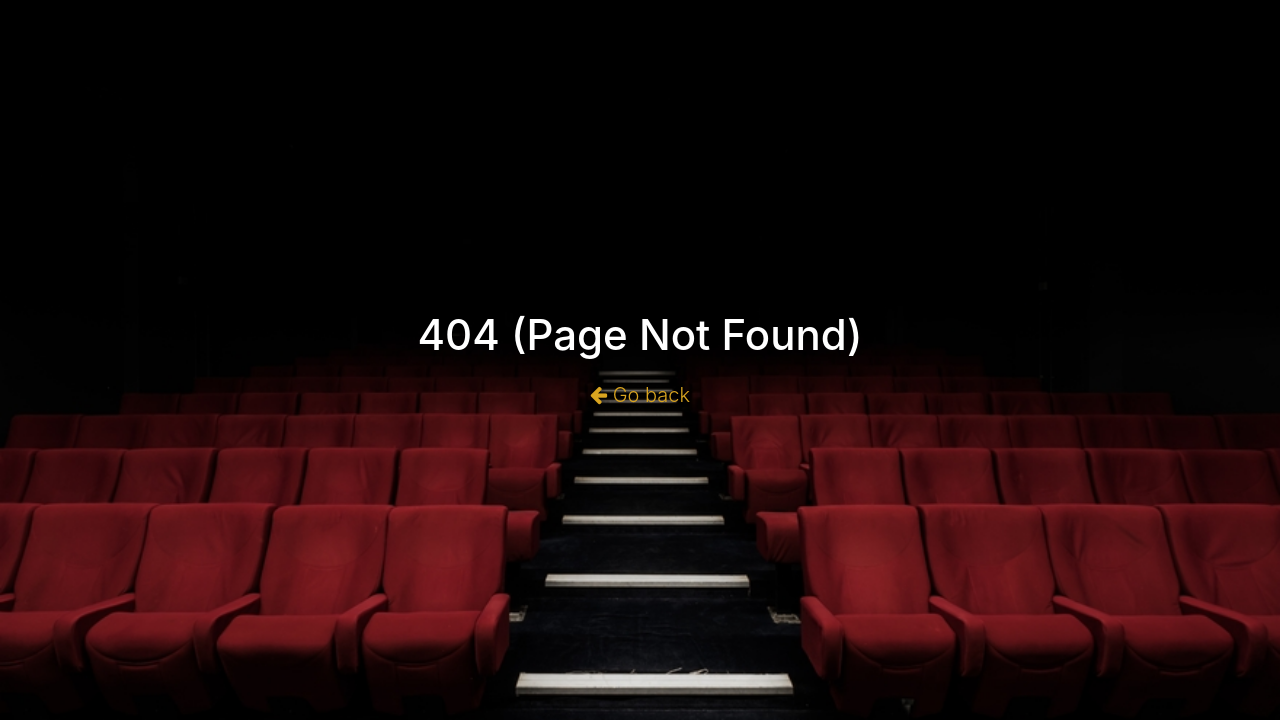
Repository: latenightsnacc/movie-db-app
Page: error.html
The author's editor kept a copy of each file at every save. The page is drawn from the files as they stood at one save, then again after the next save.
The browser window is 1280 px wide. The pictures show the whole page.
The style sheet was rebuilt from its Sass, Less or Tailwind sources for each picture, by a compiler version that may differ from the author's.

Above is the page before, as saved 2020-06-19 10:35:07.

### error.html
<!DOCTYPE html>
<html lang="en">
<head>
    <meta charset="UTF-8">
    <meta name="viewport" content="width=device-width, initial-scale=1.0">
    <!--Bootstrap-->
    <link rel="stylesheet" href="bootstrap-4.4.1-dist/bootstrap-4.4.1-dist/css/bootstrap.min.css">
    <!--Font Awesome-->
    <link rel="stylesheet" href="https://stackpath.bootstrapcdn.com/font-awesome/4.7.0/css/font-awesome.min.css">
    <!--UI kit-->
    <link rel="stylesheet" href="uikit-3.4.6/css/uikit.min.css">
    <!--Custom css-->
    <link rel="stylesheet" href="Stylesheet/stylesheet.css">
    <title>Movie App</title
</head>
<body>
    <main>
        <div class="container">
            <div class="error404">
                <h1>404 (Page Not Found)</h1>
                <a href="#" class="goBack"><i class="fa fa-arrow-left"></i>  Go back </a>
            </div>

        </div>
    </main>
    <!--Scripts-->
    <script src="https://code.jquery.com/jquery-3.4.1.slim.min.js" integrity="sha384-J6qa4849blE2+poT4WnyKhv5vZF5SrPo0iEjwBvKU7imGFAV0wwj1yYfoRSJoZ+n" crossorigin="anonymous"></script>
    <script src="https://cdn.jsdelivr.net/npm/popper.js@1.16.0/dist/umd/popper.min.js" integrity="sha384-Q6E9RHvbIyZFJoft+2mJbHaEWldlvI9IOYy5n3zV9zzTtmI3UksdQRVvoxMfooAo" crossorigin="anonymous"></script>
    <script src="https://stackpath.bootstrapcdn.com/bootstrap/4.4.1/js/bootstrap.min.js" integrity="sha384-wfSDF2E50Y2D1uUdj0O3uMBJnjuUD4Ih7YwaYd1iqfktj0Uod8GCExl3Og8ifwB6" crossorigin="anonymous"></script>
    <script src="bootstrap-4.4.1-dist/bootstrap-4.4.1-dist/js/bootstrap.min.js"></script>
    <script src="uikit-3.4.6/js/uikit.min.js"></script>
</body>
</html>

### Stylesheet/stylesheet.scss
@import 'variables';
@import 'animations';
@import 'header';
@import 'hero';
@import 'menu';
@import 'cards';
@import 'footer';
@import 'login';
@import 'movieInfoCard';
@import 'movieCast';
@import 'searchBtn';
@import 'modal';
@import 'NoWatchlist';
@import 'Error404';

*{
    margin: 0;
    padding: 0;
    list-style: none;
    text-decoration: none;
    outline: none;
}

body{
    background-image: $bg-Img;
    overflow-x: hidden !important;
    min-height: 100vh;
    background-size: cover;
    background-repeat: no-repeat;
    background-position: center;
}

.main {
    width: 100vw;
}
.row {
    margin: 20px 0px;
}

### Stylesheet/_variables.scss
@import url('https://fonts.googleapis.com/css2?family=IBM+Plex+Sans:wght@300;700&display=swap');

$font: 'IBM Plex Sans', sans-serif;
$bg-Img: url("/bg.jpg");
$transparent-bg: rgba(black, 0.5);
$dark: black;
$light: #fff;
$silver: #867c7c;
$golden: #DAA520;
$box-shadow: 0 5px 10px rgba($golden,0.4);
$box-shadow2: 0 2px 4px 1px rgba($golden,0.4);
$btn-shadow: 2px 20px 25px -15px rgba(0, 0, 0, 0.54);

### Stylesheet/_animations.scss
@keyframes animateOpacity {
    0% {
      opacity: 0;
    }
    100% {
      opacity: 1;
    }
  }

  @keyframes animateScale {
    0% {
      transform: scale(1.1);
    }
    100% {
      transform: scale(1);
    }
  }


  @keyframes pulse {
    from {
      transform: scale3d(1, 1, 1);
    }

    50% {
      transform: scale3d(1.05, 1.05, 1.05);
    }

    to {
      transform: scale3d(1, 1, 1);
    }
  }


  @-webkit-keyframes fadeIn {
    from {
      opacity: 0;
    }

    to {
      opacity: 1;
    }
  }

  @keyframes fadeIn {
    from {
      opacity: 0;
    }

    to {
      opacity: 1;
    }
  }

  .fadeIn {
    -webkit-animation-name: fadeIn;
    animation-name: fadeIn;
  }

  .animated {
    -webkit-animation-duration: 1s;
    animation-duration: 1s;
    -webkit-animation-fill-mode: both;
    animation-fill-mode: both;
  }

### Stylesheet/header.scss
@import 'variables';

.header {
    .nav{
        width: 100%;
        background-color: $dark;
        display: flex;
        align-items: center;
        justify-content: space-between;
        padding: 20px 0px;

        .navbar-items {
            display: flex;

            a.item{
                display: flex;
                align-items: center;
                margin-left: 12px;
                color: $golden;
                text-transform: uppercase;

                span.nav-icon{
                    color: $light;

                    .fa {
                        color: $light;
                        height: 40px;
                        width: 40px;
                        display: flex;
                        justify-content: center;
                        align-items: center;
                        border: 1px solid $light;
                        border-radius: 50%;
                    }
                }
                span.menu-text {
                    color: $golden !important;
                    padding-left: 10px;
                }

                &:hover{
                    text-decoration: none !important;
                    span.nav-icon{
                        color: $golden;

                        .fa{
                            color: golden;
                        }
                    }
                }

            }
            a.item.active {
                span.nav-icon{
                    color: $golden !important;

                    .fa{
                        color:$golden !important;
                    }
                }
            }
        }
    }

}

@media screen and (max-width: 600px){
    .header {
        .nav{
            justify-content: space-between;
            padding: 20px 0px;

            .navbar-items {
                display: flex;

                a.item{
                    display: flex;
                    align-items: center;
                    margin-left: 12px;
                    color: $golden !important;

                    span.nav-icon{
                        color: $golden;
                        .fa {
                            color: $golden !important;
                            height: 40px;
                            width: 40px;
                            display: flex;
                            justify-content: center;
                            align-items: center;
                            border: 1px solid $light;
                            border-radius: 50%;
                        }

                        &:hover {
                            transform: scale(1.2);
                            .fa {
                                border: 1px solid $golden;
                            }
                        }
                    }
                    span.menu-text {
                        display: none;
                    }

                }
            }
        }

    }
}

### Stylesheet/hero.scss
@import 'variables';

.hero-slide {
    position: relative;

    .uk-slideshow-items{
        position: relative;

            img {
                filter: brightness(80%) !important;
                height: 100%;
                width: 100%;
                position: absolute;
                top: 0;
                left: 0;
                background-position: center;
            }

            .img-overlay{
                height: 100%;
                width: 100%;
                position: absolute;
                top: 0;
                left: 0;
                z-index: 999;
            }

    }

    .uk-slideshow-items:after {
        position: absolute;
        content:"";
        height:100%;
        width:100%;
        top:0;
        left:0;
        background: linear-gradient(to bottom, rgba(0,0,0,0.5) 10%,rgba(0, 0, 0, 1) 90%);
    }

    .movie-features {
        position: absolute;
        top: 40%;
        left: 10%;

        .title {
            color: $light;
            font-weight: 700;
            font-family: $font;
            font-size: 80px;
            line-height: 100px;
        }
        dd {
            color: $light;
            line-height: 20px;
            font-family: $font;
            font-weight: 300;

        }
        .stars {
            *{
                color: $golden;
                font-size: 50px;
                line-height: 60px;
                text-shadow: $box-shadow;
            }
        }
        .category {
            color: $light;
            line-height: 20px;
            padding: 5px 0px;
        }
    }

}

@media screen and (max-width:730px){

    .movie-features {
        top: 25% !important;
        left: 10%;

        .title {

            font-size: 50px;
            line-height: 70px;
        }
        dd {
            line-height: 16px;
            padding: 5px 7px;
        }
        .stars {
            *{
                color: $golden;
                font-size: 40px;
                line-height: 60px;
                text-shadow: $box-shadow;
            }
        }
        .category {
            color: $light;
            line-height: 20px;
            padding: 5px 0px;
            font-size: 18px;
        }
    }

}

### Stylesheet/menu.scss
@import 'variables';

.filterMenu {
    background-color: $transparent-bg;

    .menuList {
        display: flex;
        width: 100%;
        justify-content: space-around;
        padding: 20px 0px;

        li {
            a {
                color: $light;
                font-family: $font;
                font-size: 20px;
                border: 1px solid $light;
                padding: 10px;
                border-radius: 3px;

                &:hover {
                    text-decoration: none;
                }

                &.active{
                    color: $golden;
                    border: 1px solid $golden;
                    font-weight: 500;
                }
            }

        }

    }

}

@media screen and (max-width:600px){
    .filterMenu {
        background-color: $transparent-bg;
        margin: 20px 0;

        .menuList {
            display: flex;
            width: 100%;
            justify-content: center;
            align-items: center;



            li {
                margin-right: 7px;
                a {
                    color: $light;
                    font-family: $font;
                    font-size: 12px;
                    border: 1px solid $light;
                    padding: 5px;
                    border-radius: 3px;

                    &:hover {
                        text-decoration: none;
                    }

                    &.active{
                        color: $golden;
                        border: 1px solid $golden;
                        font-weight: 500;
                    }
                }

            }

        }

    }
}

### Stylesheet/cards.scss
@import 'variables';

.card {
    background-color: $dark;
    box-shadow: $box-shadow;
    border: 1px solid $transparent-bg;
    height: auto;
    border-radius: 0px;
    width: 200px;

    .card-img{
        height: 300px;
        width: 200px;

        img{
            height: 100%;
            width: 100%;
        }
    }


    .card-content {
        // display: flex;
        // justify-content: space-between;
        width: 100%;
        // padding-top: 10px;



        .movie-content{
            position: relative;
            padding-left: 10px;
            .watchlist-btn {
                top: 10px;
                right: 10px;
                position: absolute;
                height: 40px;
                width: 40px;
                display: flex;
                justify-content: center;
                align-items: center;
                border-radius: 50%;
                padding: 5px;
                border: 1px solid $golden;
                .fa {
                    color: $light;
                }
            }
            .movie-title{
                padding-top: 15px;
                color: $light;
            }
            p{
                color: $light;
                font-size: 13px;

            }
        }

        span.card-rating {
            position: absolute;
            left: 7px;
            top: 7px;
            height: 40px;
            width: 40px;
            margin-right: 5px;
            display: flex;
            justify-content: center;
            align-items: center;
            border-radius: 50%;
            padding: 5px;
            border: 1px solid $golden;
            color: $golden;
            background-color: $dark;

        }
    }

    &:hover {
        transform: translateY();
    }
}

@media screen and (max-width:600px){

    .container.card-row {
        display: flex !important;
        flex-direction: column !important;
        align-items: center !important;
        justify-content: center !important;
        width: 100% !important;
        overflow-x: hidden !important;

        .card {
            // margin-bottom: 25px;
            margin: 10px auto;
        }
    }
}

### Stylesheet/login.scss
@import 'variables';

.form {
    height: 100vh;
    display: flex;
    align-items: center;
    justify-content: center;

    form {
        padding: 10px;
        background-color: $dark;
        box-shadow: $box-shadow;
        border: 2px solid $dark;
        border-top: 1px solid $light;
        display: flex;
        flex-direction: column;
        justify-content: center;
        height: 400px;
        width: 350px;

        .form-title {
            font-size: 20px;
            font-family: $font;
            line-height: 40px;
            text-transform: uppercase;
            color: $light;
            text-align: center;
            font-weight: 500;
        }

        .form-row {
            margin: 15px 0px;

            .form-control, .input-group-text {
                background-color: $transparent-bg;
                border: 0;
                border-bottom: 2px solid $light;
                border-radius: 0;
                color: $light;
                padding: 2px 5px;

                &:focus-within {
                    border: 0;
                    outline: none;
                    outline-color: $transparent-bg !important;
                    border-radius: 0;
                }
            }
            .input-group-text {
                color: $golden;
            }

        }
        .login {
            display: flex;
            flex-direction: column;
            align-items: center;
            justify-content: center;

            input[type="submit"]{
                background-color: $light;
                color: $dark;
                width: 100%;
                border: 2px solid $light;
                font-weight: 500;
                font-family: $font;
                padding: 2px;
                font-size: 18px;
            }
            .login-icons {
                color: $light;
                padding-top: 7px;

                a{
                    .fa {
                        padding-left: 7px;
                        color: $golden;
                    }

                    &:hover {
                        text-decoration: none;
                        transform: scale(1.1);
                    }
                }


            }

            p {
                margin-top: 0;
                padding-top: 5px;
                color: $light;
                    a{
                        color: $golden;
                        text-decoration: none;

                        &:hover {
                            text-decoration: none;
                        }
                    }
            }
        }
    }
}

### Stylesheet/movieInfoCard.scss
@import 'variables';
@import 'animations';
.movie {
    margin-top: 130px;
    background-color: rgba(0,0,0,.5);
    color: #dee2e6;
    position: relative;
    display: grid;
    grid-template:
        "image info"
        "image stat";
    justify-content: start;
    grid-template-columns: 300px 1fr;
    position: relative;

    .movie-title{
        color: $golden;
        line-height: 25px;
        margin-bottom: 0 !important;
    }

    .movie-info {
        grid-area: info;
    }
    .movie-stat {
        background-color: rgba(0,0,0,.8);
        width: 100%;
        padding: 15px;
        font-size: 1em;
        color: #adb5bd;
        grid-area: stat;
        align-self: end;
    }

    .movie-tagline {
        -webkit-animation: animateOpacity 2s ease;
        animation: animateOpacity 2s ease;
        margin-bottom: 15px;
        font-size: 1.2em;
        color: $light;
    }
    .modal {
        transform: translateY(-100vh) !important;
        opacity: 0 !important;
    }
    .movie-control{


        .movie-rating {
            position: absolute;
            top: 32%;
            right: 10%;
            height: 50px;
            width: 50px;
            border-radius: 50%;
            border: 2px solid $golden;
            display: flex;
            justify-content: center;
            align-items: center;
            padding: 2px;
            box-shadow: $box-shadow2;
        }
    }

    .btn-secondary{
        background-color: $golden !important;
        border: 2px solid $golden !important;
        outline-color: $golden !important;
        margin-bottom: 7px;

        &:focus {
            outline-color: $golden !important;
        }
    }

}



.align-items-center {
    align-items: center!important;
}
.justify-content-between {
    justify-content: space-between!important;
}
.d-flex {
    display: flex!important;
}


@media screen and (max-width: 1024px){
    .movie-rating {
        top: 26% !important;
    }
}
@media screen and (max-width: 769px){
    .movie-rating {
        top: 2% !important;
    }
}
@media screen and (max-width: 767px){
    .movie {
        display: grid;
        grid-template:
            "image"
            "info"
            "stat";
        justify-items: center;
    }
}

@media screen and (max-width: 600px){
    .movie-rating {
        top: 43% !important;
    }

    .movie-stats-text {
        display: none;
    }

}
@media screen and (max-width: 360px){
    .movie-rating {
        top: 53% !important;

    }

}
@media screen and (max-width: 320px){
    .movie-rating {
        top: 49% !important;
        right: 7% !important;
    }

}

### Stylesheet/movieCast.scss
@import 'variables';
@import 'animations';

.movie-cast{
    margin: 20px 0px;
    background-color: $dark;
    padding: 30px 0 0 30px;
    color: $light;
    h3.cast-title {
        color: $silver !important;
        text-transform: uppercase;
        font-weight: 500;
    }
}
.movie-cast-item {
    margin-bottom: 30px;
    margin-right: 30px;
    max-width: 150px;
    text-align: center;
    color: $light;
}

### Stylesheet/searchBtn.scss
@import 'variables';

body{
    position: relative;
}

#searchBtn.btn-primary {
    background-color: $dark !important;
    border: 2px solid $silver !important;
    position: fixed;
    right: 1%;
    bottom: 5%;
    height: 50px;
    width: 50px;
    border-radius: 50%;
    display: flex;
    justify-content: center;
    align-items: center;
    box-shadow: $box-shadow;
    &:hover, &:focus, &:active {
        outline-color: $golden !important;
    }

}

### Stylesheet/modal.scss
@import 'variables';

.modal-content{
    background-color: rgba($color: $dark, $alpha: 0.5) !important;
    border: 1px solid $light !important;

    .modal-header {
        border-bottom: 0px !important;

        .close, .modal-title {
            color: $light !important;
        }
    }
    .modal-footer {
        border-top:0px !important;
        padding: 5px 0px;
        .btn-secondary {
            background-color: $golden !important;
            color: $dark !important;
            border: 1px solid $golden !important;
            border-radius: 20px !important;
            outline-color: $golden !important;
            font-weight: 500;

            &:active {
                outline-color: $golden !important;
            }
        }
    }
    .input-group-text {
        background-color: rgba($color: $dark, $alpha: 0.5) !important;
        border: 0;
        border-bottom: 1px solid $light;
        border-radius: 0;
        color: $light;
        padding: 2px 5px;

        &:focus-within {
            border: 0;
            outline: none;
            outline-color: rgba($color: $dark, $alpha: 0.5) !important;
            border-radius: 0;
        }
    }
    .input-group-text {
        color: $golden;
    }
    .form-control{
        background-color: rgba($color: $dark, $alpha: 0.5) !important;
        border: 0px !important;
        border-bottom: 1px solid $light !important;
        color: $light !important;
        &::placeholder{
            color: $light !important;
        }

        &:active {
            outline-color: black !important;
        }
    }
}

### Stylesheet/NoWatchlist.scss
@import 'variables';

.card-lg {
    display: flex;
    align-items: center;
    justify-content: center;
    flex-direction: column;
    color: $light;
    font-size: 20px;
    line-height: 30px;
    padding: 20px 0px;
}

.goBtn {
    margin-top: 20px;
    background-color: $golden;
    color: $dark;
    outline: none;
    border: 1px solid $golden;
    font-size: 15px;
    padding: 10px;
    border-radius: 10px;

    &:hover {
        font-weight: 500;
    }
}

### Stylesheet/Error404.scss
@import 'variables';

.error404 {
    display: flex;
    flex-direction: column;
    height: 100vh;
    align-items: center;
    justify-content: center;

    h1 {
        color: $light;
        font-weight: 500;
    }
}
.goBack {
    font-size: 20px;
    color: $golden;
    font-weight: 300;
    &:hover {
        text-decoration: none;
    }
}

Loaded but not shown: bootstrap-4.4.1-dist/bootstrap-4.4.1-dist/css/bootstrap.min.css (library); uikit-3.4.6/css/uikit.min.css (library); bootstrap-4.4.1-dist/bootstrap-4.4.1-dist/js/bootstrap.min.js (library); uikit-3.4.6/js/uikit.min.js (library); Stylesheet/footer.scss (common file)

After the next save:
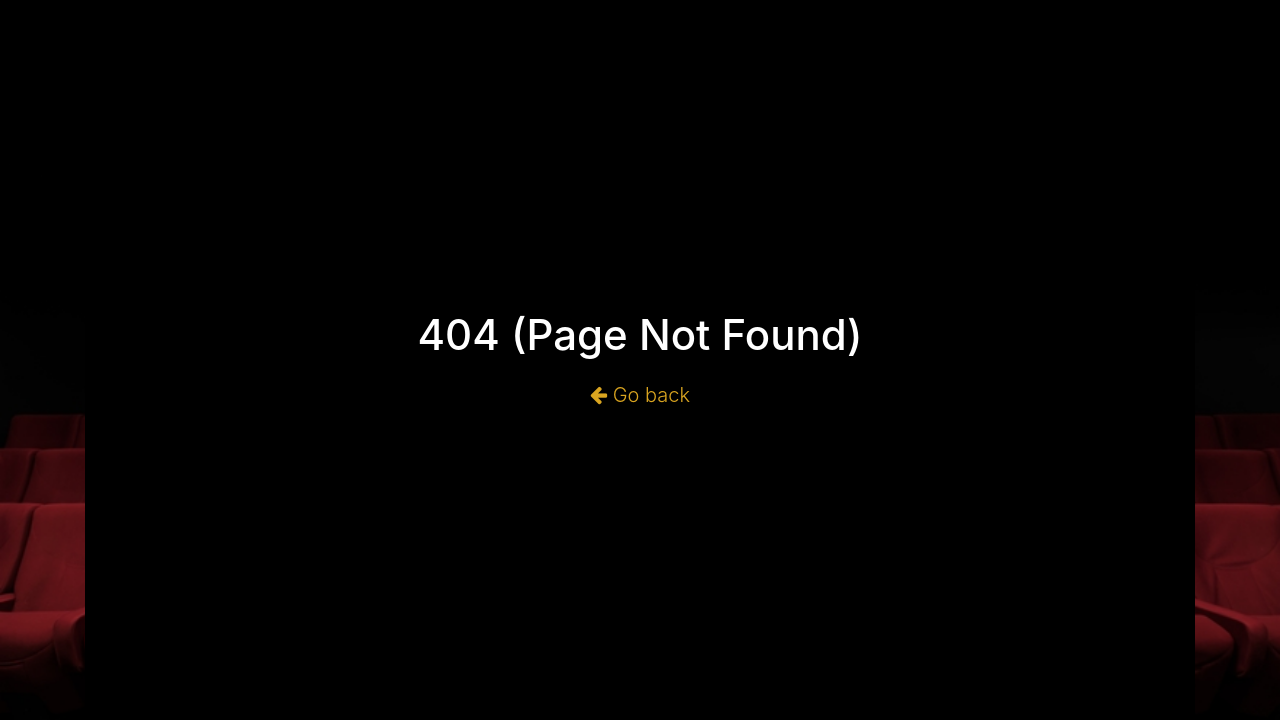
Saved 19 s later.
--- a/Stylesheet/Error404.scss
+++ b/Stylesheet/Error404.scss
@@ -6,6 +6,7 @@
     height: 100vh;
     align-items: center;
     justify-content: center;
+    background-color: $dark;
 
     h1 {
         color: $light;
